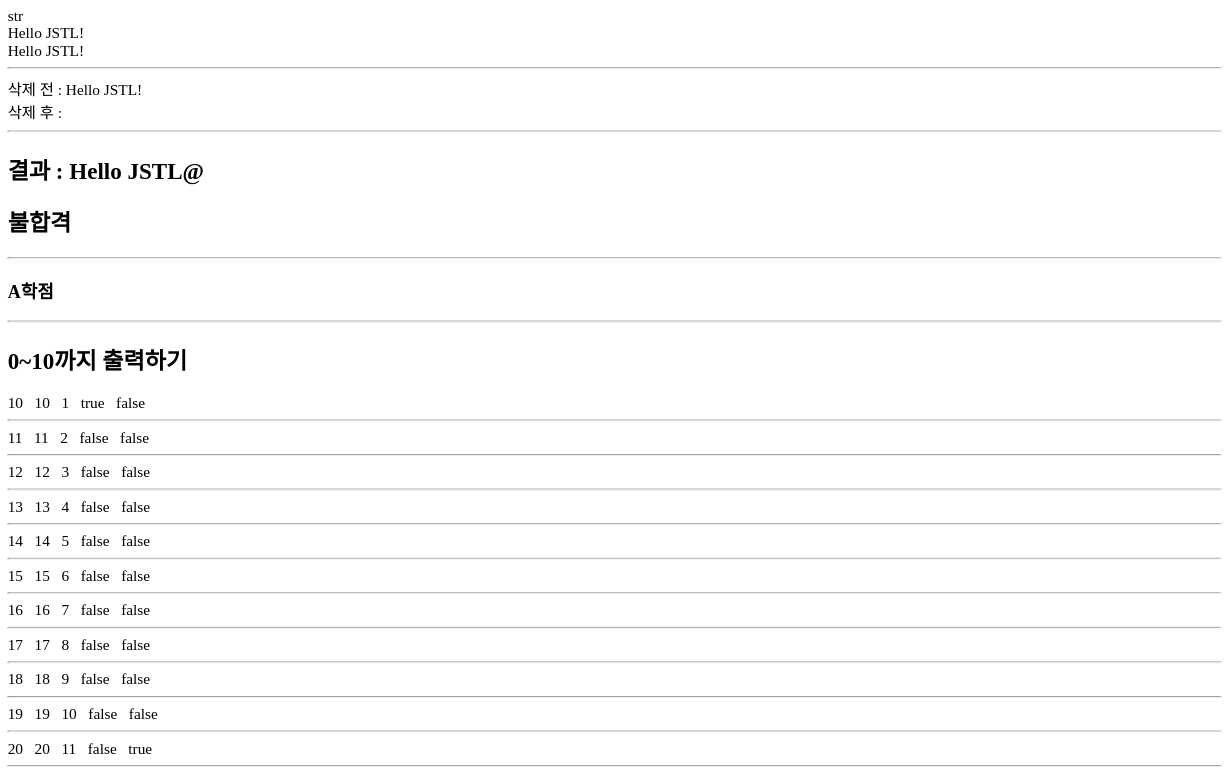
Repository: wjsjsn/23_jspstudy
Page: http://localhost/02_jsp/view/ex13_JSTL.jsp
The author's editor kept a copy of each file at every save. The page is drawn from the files as they stood at one save, then again after the next save.
The browser window is 1280 px wide. The pictures show the whole page, at 96% of full size.
The page is served by Tomcat 9.

Above is the page before, as saved 2023-07-06 01:03:28.

After the next save:
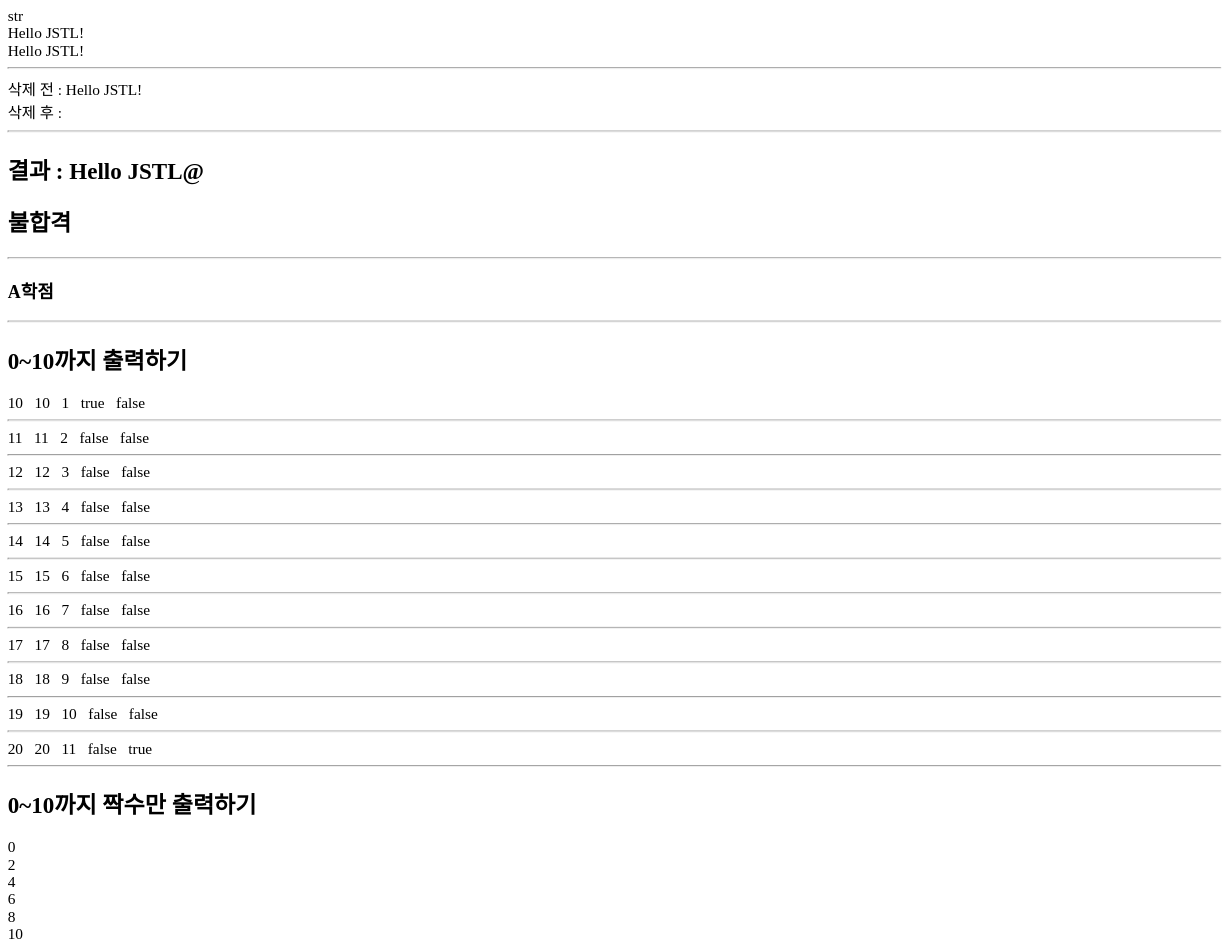
Saved 3 min 6 s later.
--- a/02_jsp/src/main/webapp/view/ex13_JSTL.jsp
+++ b/02_jsp/src/main/webapp/view/ex13_JSTL.jsp
@@ -103,5 +103,10 @@
  	 		${k} &nbsp;&nbsp;${vs.index} &nbsp;&nbsp;${vs.count} &nbsp;&nbsp;${vs.first} &nbsp;&nbsp;${vs.last} &nbsp;&nbsp; <br>
  	 		<hr>
  	 </c:forEach>
+
+ 	  <h2>0~10까지 짝수만 출력하기</h2>
+ 	  <c:forEach begin="0" end="10" step="2" var="k">
+ 	  		${k} <br>
+ 	  </c:forEach>
 </body>
 </html>
